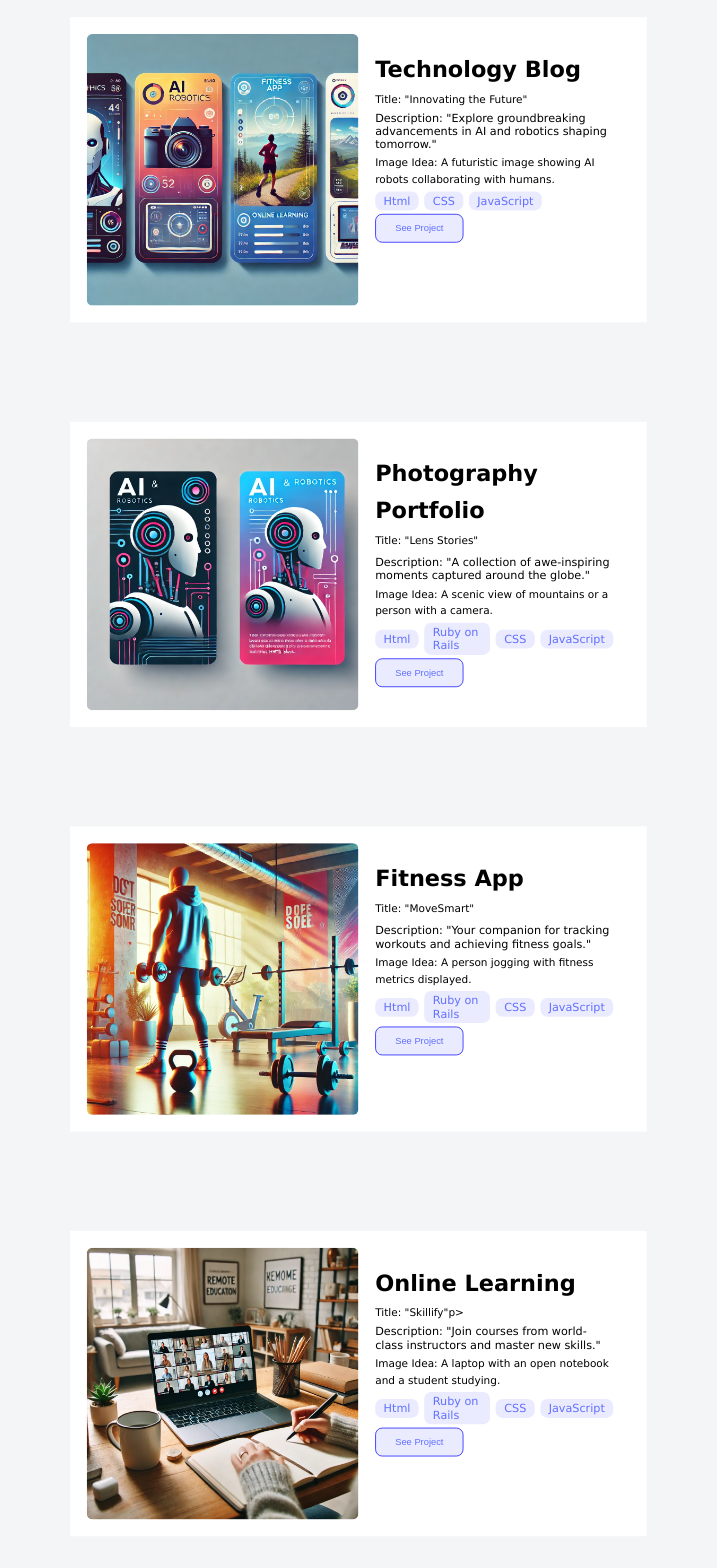
Repository: usman3123/portfolio-template-3
Page: portfolio.html
These files come from the project's save history. The page is drawn as it stood at one moment and after the next save; the edit follows.
The browser window is 1024 px wide. The pictures show the part of the page from y = 921 to 3161 px (the page is 3216 px tall), at 70% of full size.
Some web libraries are served in a nearby version.

Above is the page before, as saved 2025-01-25 14:16:24.

After the next save:
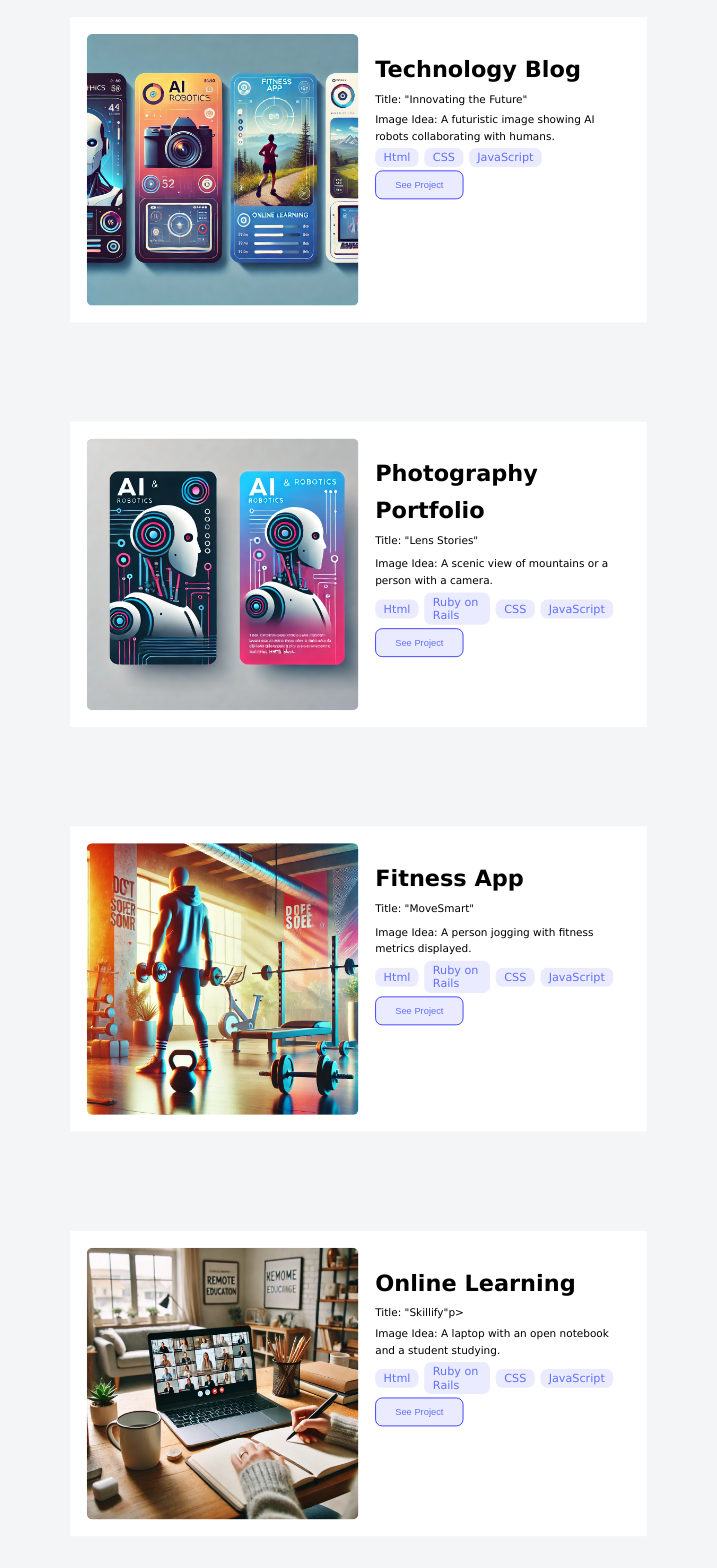
Saved 75 s later.
--- a/style.css
+++ b/style.css
@@ -144,6 +144,11 @@ body {
     font-weight: 400;
     line-height: 24px;
 }
+.content-sp {
+    font-size: 20px;
+    font-weight: 400;
+    line-height: 24px;
+}
 
 .languages {
     gap: 8px;
@@ -178,6 +183,10 @@ body {
     .content-p {
         font-size: 15px;
     }
+    .content-sp {
+        font-size: 15px;
+        display: none;
+    }
     .card-content {
         gap: 5px;
     }
